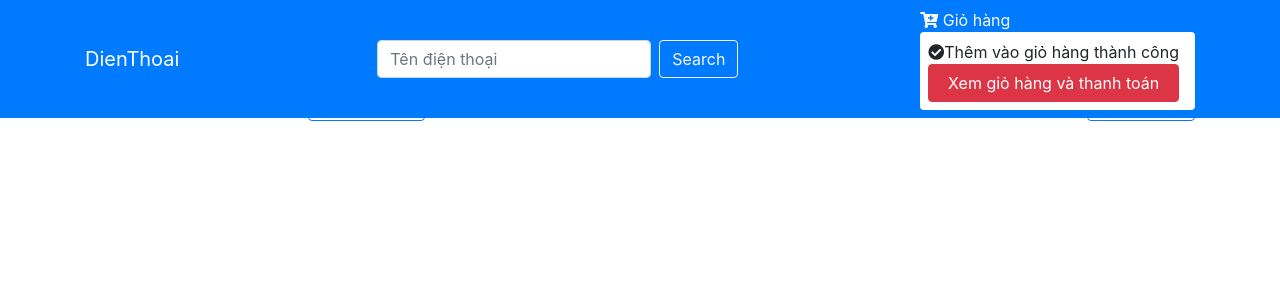
Repository: dovanthao2404/BC14_Bai_Tap_Ban_Dien_Thoai_dovanthao
Page: app/views/index.html
These files come from the project's save history. The page is drawn as it stood at one moment and after the next save; the edit follows.
The browser window is 1280 px wide. The pictures show the whole page.
Some web libraries are served in a nearby version. The style sheet was rebuilt from its Sass, Less or Tailwind sources for each picture, by a compiler version that may differ from the author's.

Above is the page before, as saved 2021-08-14 16:05:14.
Console error (its wording comes from the project's code and is left out).

### app/views/index.html
<!DOCTYPE html>
<html lang="en">

<head>
  <meta charset="UTF-8">
  <meta http-equiv="X-UA-Compatible" content="IE=edge">
  <meta name="viewport" content="width=device-width, initial-scale=1.0">
  <title>Dien Thoai Xin</title>




  <!-- FONT AWESOME -->
  <link rel="stylesheet" href="https://cdnjs.cloudflare.com/ajax/libs/font-awesome/5.15.4/css/all.min.css"
    integrity="sha512-1ycn6IcaQQ40/MKBW2W4Rhis/DbILU74C1vSrLJxCq57o941Ym01SwNsOMqvEBFlcgUa6xLiPY/NS5R+E6ztJQ=="
    crossorigin="anonymous" referrerpolicy="no-referrer" />

  <!-- GOOGLE FONTS -->

  <link rel="preconnect" href="https://fonts.googleapis.com">
  <link rel="preconnect" href="https://fonts.gstatic.com" crossorigin>
  <link
    href="https://fonts.googleapis.com/css2?family=Roboto:ital,wght@0,300;0,400;0,700;1,300;1,400;1,700&display=swap"
    rel="stylesheet">

  <!-- B4 -->
  <link rel="stylesheet" href="https://cdn.jsdelivr.net/npm/bootstrap@4.6.0/dist/css/bootstrap.min.css"
    integrity="sha384-B0vP5xmATw1+K9KRQjQERJvTumQW0nPEzvF6L/Z6nronJ3oUOFUFpCjEUQouq2+l" crossorigin="anonymous">

  <!-- MAIN CSS -->
  <link rel="stylesheet" href="../../assets/css/main.css">
</head>

<body>
  <header class="fixed-top">
    <nav class="navbar navbar-dark bg-primary">
      <div class="container">

        <a href="#" class="navbar-brand">
          DienThoai
        </a>
        <form class="form-inline my-2 my-lg-0">
          <input id="valueSearch" class="form-control mr-sm-2" type="search" placeholder="Tên điện thoại"
            aria-label="Search">
          <button id="btnSearch" class="btn btn-outline-light my-2 my-sm-0" type="button">Search</button>
        </form>
        <div class="phone-cart">
          <a href="cart.html" class="text-light">
            <i class="fa fa-cart-plus"></i> Giỏ hàng
          </a>
          <div class="notifiSuccess py-2 pl-2 pr-3 bg-white rounded">
            <div class="d-flex align-items-center">
              <i class="fa fa-check-circle"></i>
              <p class="m-0">Thêm vào giỏ hàng thành công</p>
            </div>
            <button class="btn btn-danger w-100" data-target="cart.html">Xem giỏ hàng và thanh toán</button>
          </div>
        </div>
      </div>
    </nav>

  </header>

  <section class="phone-product">
    <div class="container">
      <div id="listAll-type">
        <div class="phone-title">
          <div class="d-flex justify-content-between align-items-center my-3">
            <div class="d-flex align-items-center">
              <h3 class="mr-3">
                Danh sản phẩm
              </h3>
              <div>
                <select class="phone-select" name="" id="phoneType">
                  <option value="">Lọc</option>
                  <option value="Samsung">Samsung</option>
                  <option value="Iphone">Iphone</option>
                </select>

              </div>
            </div>
            <div class="sort-name">
              <select class="phone-select" name="" id="sortPhone">
                <option value="">Sắp xếp</option>
                <option value="a">A - Z</option>
                <option value="z">Z - A</option>
              </select>
            </div>
          </div>
        </div>
        <div class="phone-list">
          <div class="row" id="listPhoneView">

          </div>
        </div>
      </div>
    </div>
    </div>
  </section>


  <!-- B4 -->
  <script src="https://code.jquery.com/jquery-3.5.1.slim.min.js"
    integrity="sha384-DfXdz2htPH0lsSSs5nCTpuj/zy4C+OGpamoFVy38MVBnE+IbbVYUew+OrCXaRkfj"
    crossorigin="anonymous"></script>
  <script src="https://cdn.jsdelivr.net/npm/bootstrap@4.6.0/dist/js/bootstrap.bundle.min.js"
    integrity="sha384-Piv4xVNRyMGpqkS2by6br4gNJ7DXjqk09RmUpJ8jgGtD7zP9yug3goQfGII0yAns"
    crossorigin="anonymous"></script>


  <!-- AXIOS -->
  <script src="https://cdnjs.cloudflare.com/ajax/libs/axios/0.21.1/axios.min.js"
    integrity="sha512-bZS47S7sPOxkjU/4Bt0zrhEtWx0y0CRkhEp8IckzK+ltifIIE9EMIMTuT/mEzoIMewUINruDBIR/jJnbguonqQ=="
    crossorigin="anonymous" referrerpolicy="no-referrer"></script>

  <script type="module" src="./../controllers/main.js"></script>
</body>

</html>

### app/controllers/main.js
import Phone from "./../models/Phone.js"
import ListPhone from "./../models/ListPhone.js"


var listProductInCart = JSON.parse(localStorage.getItem("listProductInCart")) || [];



let getEle = (id) => {
  return document.getElementById(id)
}

let listPhone = new ListPhone();


let renderView = (arr) => {
  let html = ""
  arr.forEach((phone) => {
    html += `
    <div class="col-3 mb-3">
    <div class="card overflow-hidden h-100">
      <img
        src="${phone.img}"
        alt="" class="card-img-top">
      <div class="card-body">
        <h4 class=card-title>
        ${phone.name}
        </h4>
        <p class="card-text">${phone.desc}</p>
        </div>
        <div class="card-footer">
        <a data-action="add"  data-phone=${phone.id} class="btn btn-primary w-100">Cart</a>
        </div>
    </div>
  </div>
    `
  })
  getEle("listPhoneView").innerHTML = html

}

let fetchData = () => {
  listPhone
    .getListPhoneApi()
    .then((resp) => {
      renderView(resp.data)
    })
    .catch((err) => {
      console.log(err)
    })
}

fetchData()

let filterType = (phoneType, type) => {
  return listPhone
    .getListPhoneApi()
    .then((resp) => {
      let data = resp.data;
      data.forEach((phone) => {
        if (phone.type === type) {
          phoneType.push(phone);
        }
      })
      renderView(phoneType)
      return phoneType;
    })
    .catch((err) => {
      console.log(err)
    })
}

let sortPhone = (arr, valueSort) => {
  for (let i = 0; i < arr.length; i++) {
    for (let j = i; j < arr.length; j++) {
      if (valueSort === 1) {
        if (arr[i].name < arr[j].name) {
          let temp = arr[i];
          arr[i] = arr[j]
          arr[j] = temp;
        }
      } else {
        if (arr[i].name > arr[j].name) {
          let temp = arr[i];
          arr[i] = arr[j]
          arr[j] = temp;
        }
      }
    }
  }
  renderView(arr)
}


let delegationSelect = () => {
  let phoneType = [];
  let type = getEle("phoneType").value;
  let dataSort = getEle("sortPhone").value;

  if (type && dataSort) {

    if (dataSort === "a") {
      filterType(phoneType, type)
        .then((phoneType) => {
          sortPhone(phoneType, 1);
        })
    } else {
      filterType(phoneType, type)
        .then((phoneType) => {
          sortPhone(phoneType, 0);
        })
    }

  } else if (type && !dataSort) {

    filterType(phoneType, type);

  } else if (!type && dataSort) {

    if (dataSort === "a") {
      listPhone.getListPhoneApi()
        .then((resp) => {
          sortPhone(resp.data, 1);
        })
        .catch((err) => {
          console.log(err);
        })
    } else {
      listPhone.getListPhoneApi()
        .then((resp) => {
          sortPhone(resp.data, 0);
        })
        .catch((err) => {
          console.log(err);
        })
    }

  } else {
    fetchData()
  }
}

getEle("phoneType").addEventListener("change", delegationSelect)
getEle("sortPhone").addEventListener("change", delegationSelect)

const handleSearch = () => {
  let nameSort = getEle("valueSearch").value;
  nameSort = nameSort.toLowerCase().trim();
  listPhone.getListPhoneApi()
    .then((resp) => {
      let listPhone = resp.data;
      let listPhoneSearch = listPhone.filter((phone) => {
        return phone.name.toLowerCase().includes(nameSort);
      })
      renderView(listPhoneSearch);
    })
    .catch((err) => {
      console.log(err)
    })

}

getEle("btnSearch").addEventListener("click", handleSearch);




const delegationListPhoneView = (e) => {
  if (e.target.getAttribute("data-action") === "add") {
    let id = e.target.getAttribute("data-phone");

    listPhone.getPhoneById(id)
      .then((resp) => {
        let count = 0;
        for (let i = 0; i < listProductInCart.length; i++) {

          if (listProductInCart[i].id === id) {
            listProductInCart[i].quantity += 1;
            localStorage.setItem("listProductInCart", JSON.stringify(listProductInCart));
            count++;
          }

        }

        if (count === 0) {
          let phone = { ...resp.data }
          phone.quantity = 1;
          listProductInCart.push(phone);
          localStorage.setItem("listProductInCart", JSON.stringify(listProductInCart));

        }
      })
      .catch((err) => {
        console.log(err)
      })


  }
}


getEle("listPhoneView").addEventListener("click", delegationListPhoneView)

### app/models/Phone.js
class Phone {
  constructor({
    name,
    price,
    screen,
    backCamera,
    frontCamera,
    img,
    desc,
    type
  },) {
    this.name = name;
    this.price = price;
    this.screen = screen;
    this.backCamera = backCamera;
    this.frontCamera = frontCamera;
    this.img = img;
    this.desc = desc;
    this.type = type;
  }

}

### app/models/ListPhone.js
export default class ListPhone {
  getListPhoneApi() {
    return axios({
      url: "https://6113ecdacba40600170c1d10.mockapi.io/api/phone",
      method: "GET",
    });
  }

  getPhoneById(id) {
    return axios({
      url: `https://6113ecdacba40600170c1d10.mockapi.io/api/phone/${id}`,
      method: "GET",
    });
  }

}

//  MỚi ăn xong

### assets/scss/main.scss
.phone-product {
  margin-top: 80px;
}
.phone-select {
  padding: 8px 20px 8px 4px;
  border-color: #007bff;
  color: #007bff;
  border-radius: 4px;
  background: transparent;
  outline: none;
  cursor: pointer;
  transition: all 0.5s;
  &:hover {
    background-color: #007bff;
    color: white;
  }
  option {
    display: block;
    background-color: white;
    color: #000;
  }
}

After the next save:
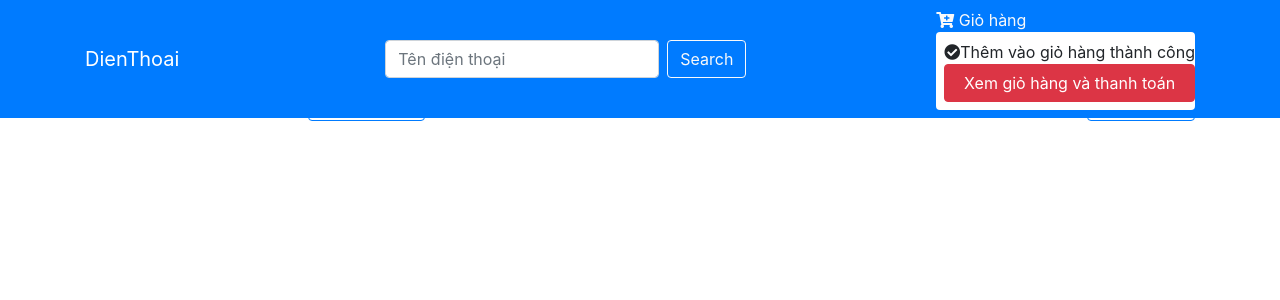
Saved 7 s later.
--- a/app/views/index.html
+++ b/app/views/index.html
@@ -48,7 +48,7 @@
           <a href="cart.html" class="text-light">
             <i class="fa fa-cart-plus"></i> Giỏ hàng
           </a>
-          <div class="notifiSuccess py-2 pl-2 pr-3 bg-white rounded">
+          <div class="notifiSuccess py-2 pl-2 p3-4 bg-white rounded">
             <div class="d-flex align-items-center">
               <i class="fa fa-check-circle"></i>
               <p class="m-0">Thêm vào giỏ hàng thành công</p>
